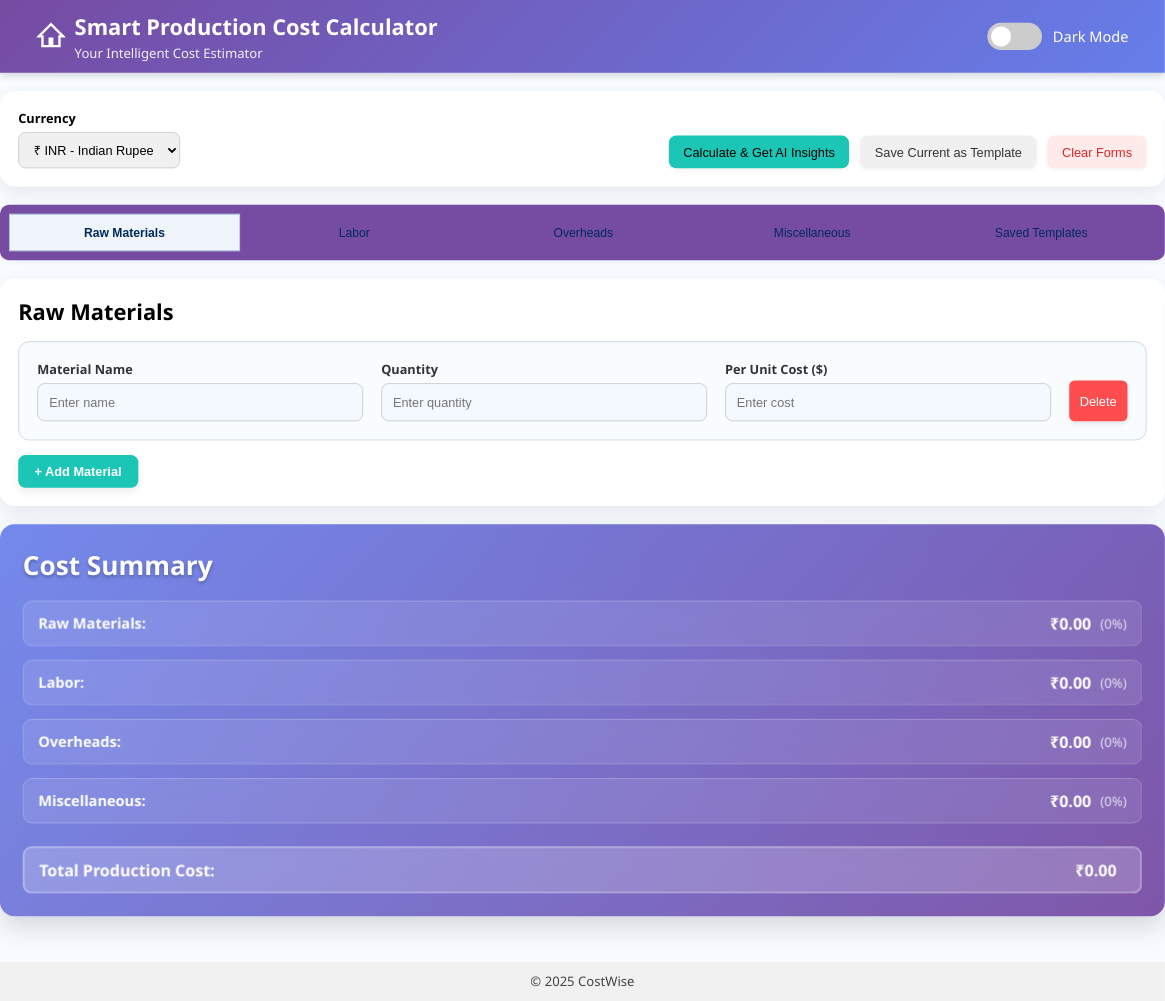
Repository: syntaxion25/COSTWISE
Page: index.html
These files come from the project's save history. The page is drawn as it stood at one moment and after the next save; the edit follows.
The browser window is 1280 px wide. The pictures show the whole page, at 91% of full size.

Above is the page before, as saved 2025-06-13 19:36:10.
Console error: ReferenceError: savedTemplates is not defined

### index.html
<!DOCTYPE html>
<html lang="en">

<head>
    <meta charset="UTF-8" />
    <meta name="viewport" content="width=device-width, initial-scale=1.0" />
    <title>CostWise</title>
    <link rel="stylesheet" href="style.css" />
</head>

<body>
    <header>
  <div class="container">
    <div class="header-left">
      <svg class="logo" viewBox="0 0 24 24" fill="none">
        <!-- SVG path -->
        <path d="M12 2L2 12h3v8h6v-6h2v6h6v-8h3L12 2z" stroke="currentColor" stroke-width="2"/>
      </svg>
      <div>
        <h1>Smart Production Cost Calculator</h1>
        <p class="slogan">Your Intelligent Cost Estimator</p>
      </div>
    </div>
    <div class="header-right">
      <div class="toggle-container">
        <label class="switch">
          <input type="checkbox" id="nightToggle">
          <span class="slider"></span>
        </label>
        <span class="label-text">Dark Mode</span>
      </div>
    </div>
  </div>
</header>


    <main>
        <div class="card-container">
            <div class="card-header">
                <div class="currency-select">
                    <label for="currency">Currency</label>
                    <select id="currency">
                        <option value="INR">₹ INR - Indian Rupee</option>
                        <option value="EUR">€ EUR - Euro</option>
                        <option value="USD">$ USD - US Dollar</option>
                    </select>
                </div>
                <div class="button-group">
                    <button onclick="calculateAI()" class="btn primary">Calculate & Get AI Insights</button>
                    <button onclick="openSaveModal()" class="btn secondary">Save Current as Template</button>
                    <button onclick="clearForms()" class="btn danger">Clear Forms</button>
                </div>
            </div>
        </div>

        <div class="tab-wrapper">
            <div class="tab-container">
                <button class="tab" data-tab="materials_parent">Raw Materials</button>
                <button class="tab" data-tab="labor_parent">Labor</button>
                <button class="tab" data-tab="overheads_parent">Overheads</button>
                <button class="tab" data-tab="tab4">Miscellaneous</button>
                <button class="tab" data-tab="tab5">Saved Templates</button>
            </div>
        </div>

        <!-- Raw Materials -->
        <div id="materials_parent" class="raw-materials-card">
            <h2>Raw Materials</h2>
            <div class="outlined-wrapper material-block">
                <div class="material-inputs-labeled">
                    <div class="input-group">
                        <label>Material Name</label>
                        <input type="text" placeholder="Enter name" id="material_name" class="material-name" />
                    </div>
                    <div class="input-group">
                        <label>Quantity</label>
                        <input type="number" placeholder="Enter quantity" id="material_quantity" class="material-quantity" />
                    </div>
                    <div class="input-group">
                        <label>Per Unit Cost ($)</label>
                        <input type="number" placeholder="Enter cost" id="material_cost" class="material-cost" />
                    </div>
                    <button onclick="deleteElement(this)" class="delete-btn">Delete</button>
                </div>
            </div>
            <button onclick="createMaterialElement()" class="addbutton">+ Add Material</button>
        </div>

        <!-- Labor -->
        <div id="labor_parent" class="raw-materials-card">
            <h2>Labor Costs</h2>
            <div class="outlined-wrapper labor-block">
                <div class="material-inputs-labeled">
                    <div class="input-group">
                        <label>Hours Worked</label>
                        <input type="number" placeholder="Enter number of hours" id="labor_hours" class="labor-hours" />
                    </div>
                    <div class="input-group">
                        <label>Labor Cost</label>
                        <input type="number" placeholder="Enter the cost of labor" id="labor_cost" class="labor-cost" />
                    </div>
                    <button onclick="deleteElement(this)" class="delete-btn">Delete</button>
                </div>
            </div>
            <button onclick="createLaborElement()" class="addbutton">+ Add Labor</button>
        </div>

        <!-- Overheads -->
        <div id="overheads_parent" class="raw-materials-card">
            <h2>Overheads Costs</h2>
            <div class="outlined-wrapper overhead-block">
                <div class="material-inputs-labeled">
                    <div class="input-group">
                        <label>Hours Worked</label>
                        <input type="number" placeholder="Enter number of hours" id="overhead_hours" class="overhead-hours" />
                    </div>
                    <div class="input-group">
                        <label>Labor Cost</label>
                        <input type="number" placeholder="Enter the cost of labor" id="overhead_cost" class="overhead-cost" />
                    </div>
                    <button onclick="deleteElement(this)" class="delete-btn">Delete</button>
                </div>
            </div>
            <button onclick="createOverheadsElement()" class="addbutton">+ Add Overhead</button>
        </div>

        <!-- Miscellaneous -->
        <div id="miscellaneous_parent" class="raw-materials-card">
            <h2>Miscellaneous Costs</h2>
            <div class="outlined-wrapper miscellaneous-block">
                <div class="material-inputs-labeled">
                    <div class="input-group">
                        <label>Total Miscellaneous Costs</label>
                        <input type="number" placeholder="Enter total miscellaneous costs" id="miscellaneous_costs" class="miscellaneous-costs" />
                    </div>
                </div>
            </div>
        </div>

        <!-- Saved Templates -->
        <div id="saved_templates" class="raw-materials-card">
            <h2>Saved Templates</h2>
            <div class="outlined-wrapper saved-templates-block">
                <div class="template-list">
                    <p class="no-templates">No saved templates yet. Create and save a template to see it here.</p>
                </div>
            </div>
        </div>
    </main>

    <footer>
        <p>&copy; 2025 CostWise</p>
    </footer>

    <script src="app.js"></script>
</body>
</html>

### style.css
* {
  margin: 0;
  padding: 0;
  box-sizing: border-box;
}

body {
  font-family: 'Segoe UI', sans-serif;
  background-color: #f8fbff;
  padding-top: 80px; /* space for fixed header */
}

header {
  position: fixed;
  top: 0;
  width: 100%;
  background: linear-gradient(135deg, #764ba2 0%, #667eea 100%);
  color: white;
  padding: 12px 20px;
  box-shadow: 0 3px 8px rgba(0, 0, 0, 0.15);
  z-index: 1000;
}

.container {
  display: flex;
  justify-content: space-between;
  align-items: center;
  max-width: 1200px;
  margin: 0 auto;
}

.header-left {
  display: flex;
  align-items: center;
  gap: 10px;
}

.logo {
  width: 32px;
  height: 32px;
  stroke: white;
}

.header-left h1 {
  margin: 0;
  font-size: 1.5rem;
  font-weight: 600;
}

.header-right p {
  margin: 0;
  font-size: 0.9rem;
  opacity: 0.9;
  text-align: right;
}

@media (max-width: 600px) {
  .container {
    flex-direction: column;
    align-items: flex-start;
    gap: 8px;
  }

  .header-right p {
    text-align: left;
  }
}

footer {
  margin-top: 50px;
  text-align: center;
  padding: 12px;
  background-color: #f1f1f1;
  font-size: 0.9rem;
  color: #444;
}

/* Card Styles */
.card-container {
  background: #fff;
  padding: 20px;
  margin: 20px auto;
  border-radius: 16px;
  box-shadow: 0 8px 24px rgba(0, 0, 0, 0.08);
  max-width: 1400px;
}

/* Cost Summary Card */
.cost-summary-card {
  background: linear-gradient(135deg, #667eea 0%, #764ba2 100%);
  color: white;
  padding: 25px;
  margin: 20px auto;
  border-radius: 16px;
  box-shadow: 0 12px 32px rgba(0, 0, 0, 0.15);
  max-width: 1400px;
  position: relative;
  overflow: hidden;
}

.cost-summary-card::before {
  content: '';
  position: absolute;
  top: 0;
  left: 0;
  right: 0;
  bottom: 0;
  background: linear-gradient(45deg, rgba(255,255,255,0.1) 0%, rgba(255,255,255,0.05) 100%);
  pointer-events: none;
}

.cost-summary-card h2 {
  margin-bottom: 20px;
  font-size: 1.8rem;
  font-weight: 700;
  text-shadow: 0 2px 4px rgba(0,0,0,0.3);
}

.cost-breakdown {
  display: flex;
  flex-direction: column;
  gap: 15px;
}

.cost-item {
  display: flex;
  justify-content: space-between;
  align-items: center;
  padding: 12px 16px;
  background: rgba(255, 255, 255, 0.1);
  border-radius: 10px;
  backdrop-filter: blur(10px);
  border: 1px solid rgba(255, 255, 255, 0.2);
  transition: all 0.3s ease;
}

.cost-item:hover {
  background: rgba(255, 255, 255, 0.15);
  transform: translateY(-2px);
}

.cost-item.total-cost {
  background: rgba(255, 255, 255, 0.2);
  border: 2px solid rgba(255, 255, 255, 0.3);
  font-weight: 700;
  font-size: 1.1rem;
  margin-top: 10px;
}

.cost-label {
  font-weight: 600;
  flex: 1;
}

.cost-value {
  font-weight: 700;
  font-size: 1.1rem;
  margin-right: 10px;
}

.cost-percentage {
  font-size: 0.9rem;
  opacity: 0.8;
  font-weight: 500;
}

.card-header {
  display: flex;
  flex-wrap: wrap;
  justify-content: space-between;
  align-items: flex-end;
  gap: 20px;
}

/* Currency Dropdown */
.currency-select label {
  display: block;
  font-weight: 600;
  margin-bottom: 6px;
  font-size: 14px;
}

.currency-select select {
  padding: 10px 12px;
  font-size: 14px;
  border: 1px solid #ccc;
  border-radius: 8px;
  background-color: #f0f0f0;
  transition: all 0.2s ease-in-out;
}

.currency-select select:hover {
  border-color: #00ddff;
  background-color: #fff;
  box-shadow: 0 0 4px rgba(28, 198, 182, 0.3);
}

/* Buttons */
.button-group {
  display: flex;
  gap: 12px;
  flex-wrap: wrap;
}

.btn {
  padding: 10px 16px;
  font-size: 14px;
  font-weight: 500;
  border: none;
  border-radius: 8px;
  cursor: pointer;
  transition: all 0.2s ease-in-out;
  box-shadow: 0 2px 6px rgba(0,0,0,0.05);
}

.btn:hover {
  transform: translateY(-2px);
  box-shadow: 0 4px 12px rgba(0,0,0,0.1);
}

.btn.primary {
  background-color: #1cc6b6;
  color: rgb(0, 0, 0);
}

.btn.primary:hover {
  background-color: #00ddff;
}

.btn.secondary {
  background-color: #f0f0f0;
  color: #333;
}

.btn.secondary:hover {
  background-color: #e0e0e0;
}

.btn.danger {
  background-color: #ffeaea;
  color: #d62828;
}

.btn.danger:hover {
  background-color: #ffcccc;
}

svg {
  width: 24px;
  height: 24px;
}

.tab-wrapper {
  max-width: 1400px;
  margin: 20px auto;
}

.tab-container {
  display: flex;
 background-color:  #764ba2;
  border-radius: 10px;
  padding: 10px;
  overflow-x: auto;
  box-shadow: 0 2px 8px rgba(0, 0, 0, 0.05);
}

.tab {
  flex: 1;
  background-color:  #764ba2;
  padding: 12px 16px;
  text-align: center;
  color: #002a5c;
  font-weight: 500;
  text-decoration: none;
  transition: background-color 0.3s, font-weight 0.3s;
  white-space: nowrap;
  border : none;
}

.tab:hover {
  background-color: #d6e4f3;
}

.tab.active {
  background-color: #eef4fa;
  font-weight: bold;
  border: 1.5px solid #a4c0de;
}

.tab.saved-template::before {
  content: "📁";
  margin-right: 6px;
}

.raw-materials-card {
  background: #fff;
  padding: 20px;
  margin: 20px auto;
  width: auto;
  border-radius: 16px;
  box-shadow: 0 8px 24px rgba(0, 0, 0, 0.08);
  max-width: 1400px;
  /* display: none; */
}

.outlined-wrapper {
  border: 1.5px solid #cbd5e1;
  border-radius: 12px;
  padding: 20px;
  margin-top: 16px;
  background-color: #f9fcff;
}

.material-inputs-labeled {
  display: flex;
  gap: 20px;
  flex-wrap: wrap;
}

.input-group {
  display: flex;
  flex-direction: column;
  flex: 1;
  min-width: 200px;
}

.input-group label {
  font-weight: 600;
  margin-bottom: 6px;
  font-size: 14px;
  color: #333;
}

.input-group input {
  padding: 12px;
  border: 1px solid #ccc;
  border-radius: 8px;
  font-size: 14px;
  background-color: #f4f9ff;
  transition: border-color 0.3s, background-color 0.3s;
}

.input-group input:focus {
  border-color: #007bff;
  background-color: #fff;
  outline: none;
}

.addbutton{
  margin-top: 16px;
  padding: 10px 18px;
  font-size: 14px;
  font-weight: 600;
  color: #fff;
  background-color: #1cc6b6;
  border: none;
  border-radius: 8px;
  cursor: pointer;
  transition: background-color 0.3s ease, transform 0.2s;
  box-shadow: 0 4px 10px rgba(0, 0, 0, 0.08);
}

.addbutton:hover {
  background-color: #00bfa6;
  transform: translateY(-2px);
}

.delete-btn {
  background-color: #ff4d4f;
  color: white;
  border: none;
  border-radius: 6px;
  padding: 8px 12px;
  font-size: 14px;
  cursor: pointer;
  transition: background-color 0.2s ease, transform 0.2s;
  margin-top: 22px;
  box-shadow: 0 2px 6px rgba(0, 0, 0, 0.1);
}

.delete-btn:hover {
  background-color: #e60000;
  transform: scale(1.05);
}

/* ========== NIGHT MODE ========== */
body.dark-mode {
  background-color: #121212;
  color: #e0e0e0;
}

body.dark-mode header {
  background-color: #1f1f1f;
  color: white;
}

body.dark-mode .logo {
  stroke: white;
}

body.dark-mode footer {
  background-color: #1f1f1f;
  color: #ccc;
}

body.dark-mode .card-container,
body.dark-mode .raw-materials-card,
body.dark-mode .outlined-wrapper {
  background-color: #1e1e1e;
  border-color: #333;
  color: #e0e0e0;
}

body.dark-mode .cost-summary-card {
  background: linear-gradient(135deg, #2d3748 0%, #4a5568 100%);
  color: #e2e8f0;
}

body.dark-mode .cost-item {
  background: rgba(255, 255, 255, 0.05);
  border: 1px solid rgba(255, 255, 255, 0.1);
}

body.dark-mode .cost-item:hover {
  background: rgba(255, 255, 255, 0.1);
}

body.dark-mode .cost-item.total-cost {
  background: rgba(255, 255, 255, 0.1);
  border: 2px solid rgba(255, 255, 255, 0.2);
}

body.dark-mode .tab-container {
  background-color: #2c2c2c;
}

body.dark-mode .tab {
  background-color: #2c2c2c;
  color: #a0c4ff;
}

body.dark-mode .tab:hover {
  background-color: #444;
}

body.dark-mode .tab.active {
  background-color: #333;
  border-color: #555;
}

body.dark-mode input,
body.dark-mode select {
  background-color: #2c2c2c;
  color: #f0f0f0;
  border: 1px solid #555;
}

body.dark-mode input::placeholder,
body.dark-mode select::placeholder {
  color: #aaa;
}


body.dark-mode .btn,
body.dark-mode .addbutton {
  background-color: #333;
  color: #fff;
  border-color: #444;
}

body.dark-mode .btn.primary {
  background-color: #007bff;
  color: white;
}

body.dark-mode .btn.secondary {
  background-color: #444;
  color: #fff;
}

body.dark-mode .btn.danger {
  background-color: #a32020;
  color: white;
}

body.dark-mode .delete-btn {
  background-color: #cc0000;
}

body.dark-mode .delete-btn:hover {
  background-color: #ff1a1a;
}

.tab-content {
  display: none;
  max-width: 1400px;
  margin: 20px auto;
}

.tab-content.active {
  display: block;
}

.theme-toggle-wrapper {
  position: fixed;
  top: 16px;
  right: 16px;
  z-index: 1001;
}

.dark-toggle {
  font-size: 1.2rem;
  background: none;
  border: none;
  color: white;
  cursor: pointer;
}

.toggle-container {
  display: flex;
  align-items: center;
  gap: 12px;
}

.switch {
  position: relative;
  display: inline-block;
  width: 60px;
  height: 30px;
}

.switch input {
  opacity: 0;
  width: 0;
  height: 0;
}

.slider {
  position: absolute;
  top: 0;
  left: 0;
  right: 0;
  bottom: 0;
  background-color: #ccc;
  border-radius: 34px;
  transition: background-color 0.4s;
  cursor: pointer;
}

.slider::before {
  content: "";
  position: absolute;
  height: 22px;
  width: 22px;
  left: 4px;
  bottom: 4px;
  background-color: white;
  border-radius: 50%;
  transition: transform 0.4s;
}

/* Toggle ON */
input:checked + .slider {
  background-color: #4a4a4a;
}

input:checked + .slider::before {
  transform: translateX(30px);
}

/* Responsive Design for Cost Summary */
@media (max-width: 768px) {
  .cost-item {
    flex-direction: column;
    text-align: center;
    gap: 8px;
  }

  .cost-label, .cost-value, .cost-percentage {
    margin: 0;
  }

  .cost-summary-card {
    margin: 15px;
    padding: 20px;
  }

  .cost-summary-card h2 {
    font-size: 1.5rem;
  }
}

/* Slogan under title */
.slogan {
  font-size: 0.9rem;
  opacity: 0.9;
  margin-top: 4px;
}

/* Adjust for mobile */
@media (max-width: 600px) {
  .header-left {
    flex-direction: column;
    align-items: flex-start;
  }

  .slogan {
    text-align: left;
  }

  .header-right {
    width: 100%;
    display: flex;
    justify-content: flex-end;
  }

  .toggle-container {
    justify-content: flex-end;
    width: 100%;
  }
}

/* Updated Dark Mode Gradient */
body.dark-mode header {
  background: linear-gradient(135deg, #2c2c2c 0%, #434343 100%);
}

body.dark-mode .input-group label {
  color: #ffffff;
}

Loaded but not shown: app.js (595 lines, source omitted)

After the next save:
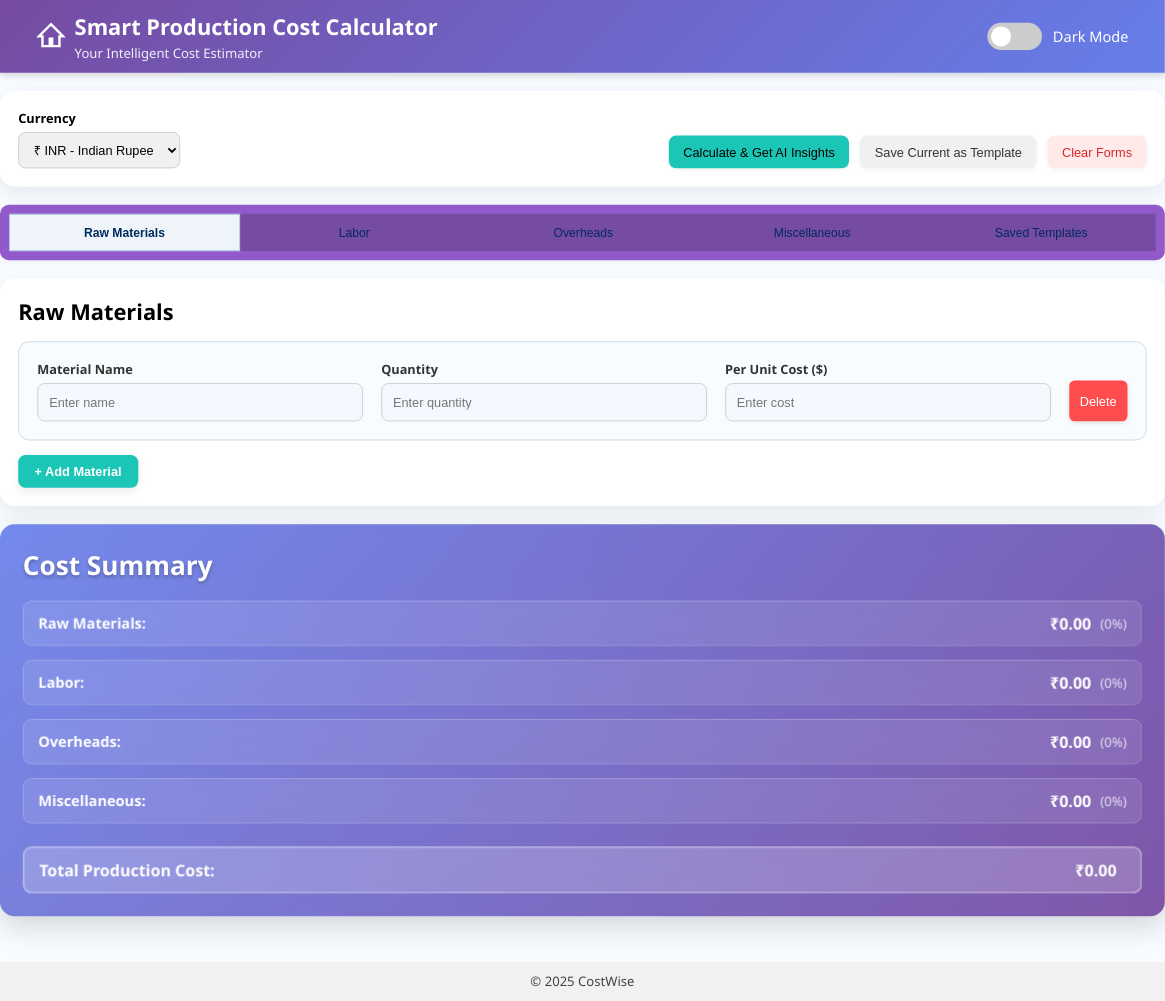
Saved 27 s later.
--- a/style.css
+++ b/style.css
@@ -257,7 +257,7 @@ svg {
 
 .tab-container {
   display: flex;
- background-color:  #764ba2;
+ background-color:  #9159c9;
   border-radius: 10px;
   padding: 10px;
   overflow-x: auto;
